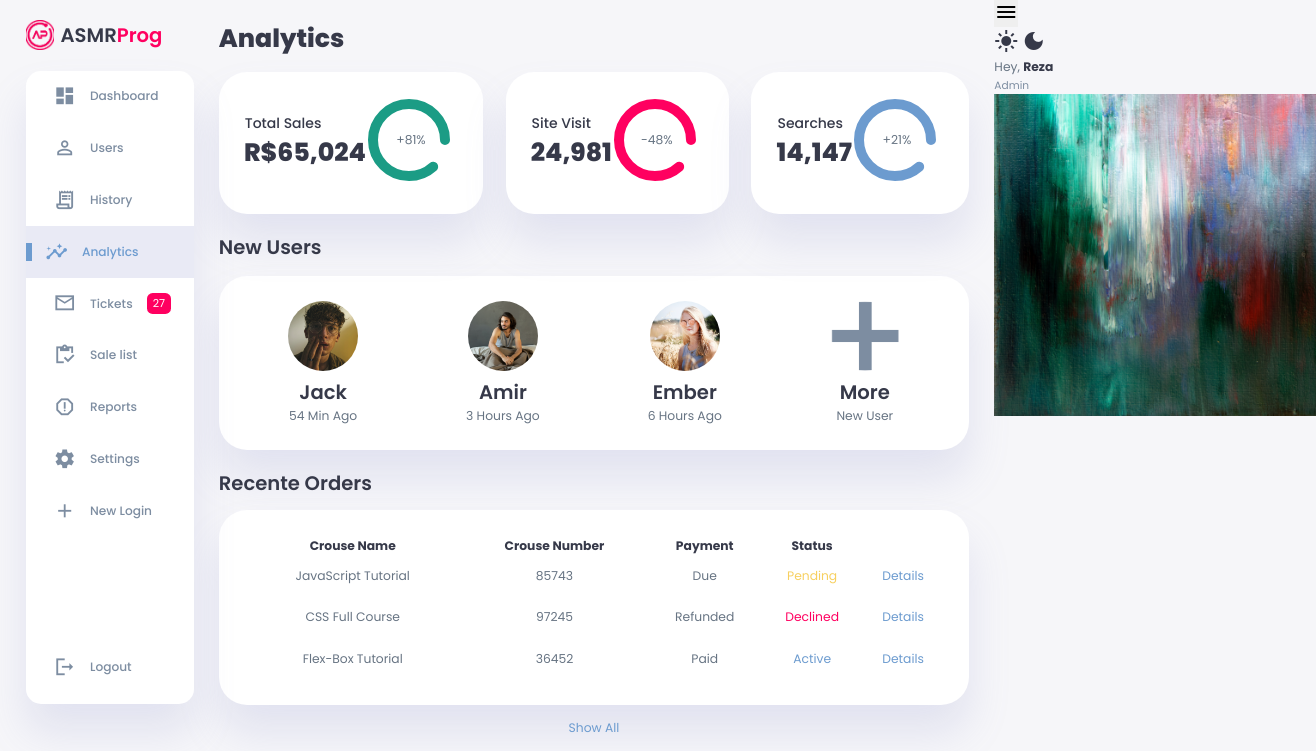
Repository: pheonix5/ProjetosRN-linux
Page: DashBoard/index.html
The author's editor kept a copy of each file at every save. The page is drawn from the files as they stood at one save, then again after the next save.
The browser window is 1280 px wide. The page is 1316 px wide, so the pictures cover 1316 px, including what lies to the right of the window. The pictures show the whole page.

Above is the page before, as saved 2023-08-06 02:41:20.

After the next save:
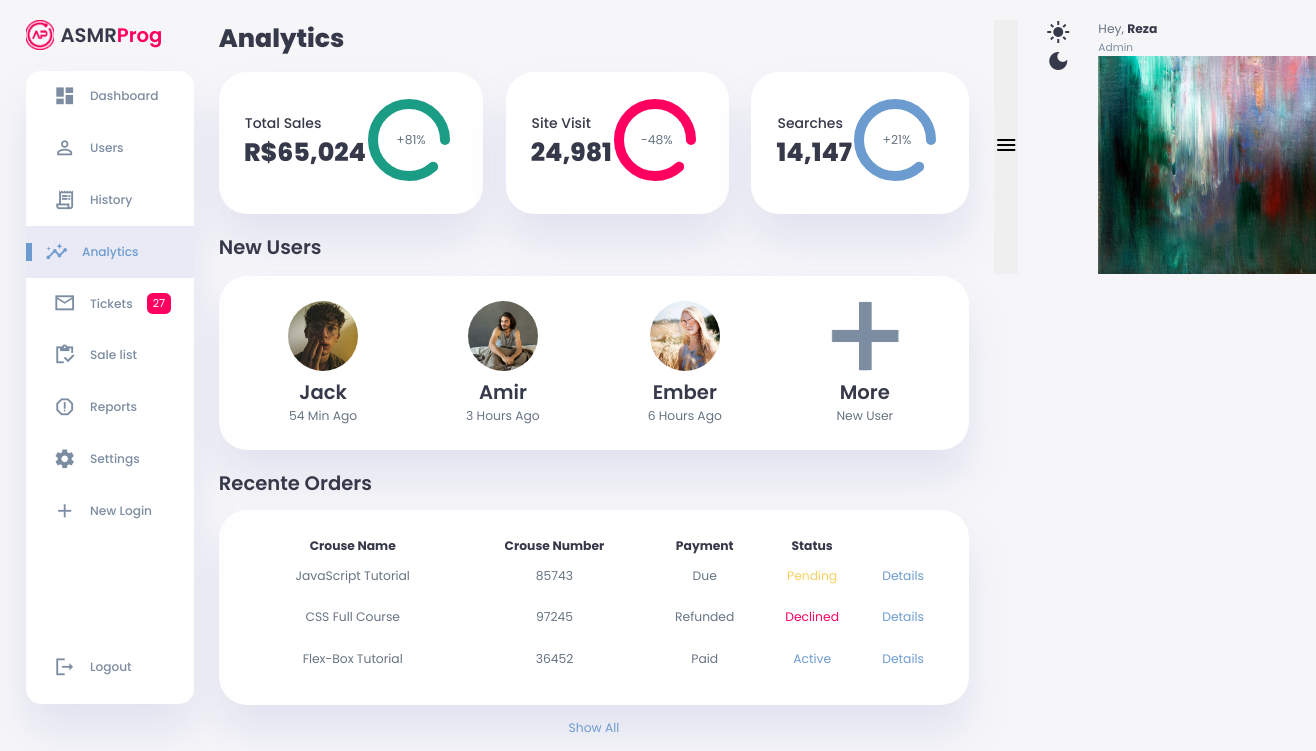
Saved 91 s later.
--- a/DashBoard/style.css
+++ b/DashBoard/style.css
@@ -377,3 +377,14 @@ main .recent-orders a{
   margin: 1rem auto;
   color:  var(--color-primary);
 }
+
+.right-section{
+  margin-top: 1.4rem;
+}
+
+.right-section .nav{
+  display: flex;
+  justify-content: end;
+  gap: 2rem;
+
+}
